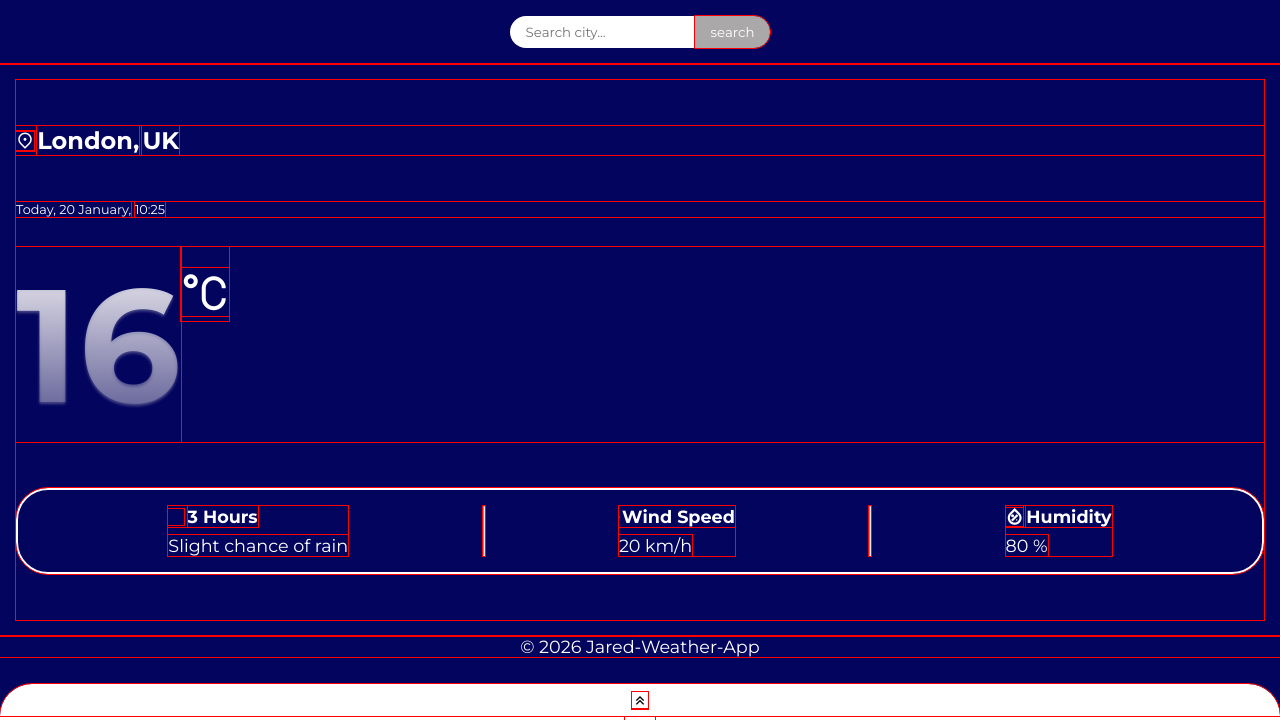
Repository: EguJaredoBoyd/Jared-Weather-App
Page: main.html
An editor plug-in stored every save of this project. The page is shown before and after the next save, followed by the edit.
The browser window is 1280 px wide. The pictures show the whole page.
Some icons come from a web library that is not loaded, so they are not drawn. Some web libraries are served in a nearby version.

Above is the page before, as saved 2026-02-09 02:03:44.

After the next save:
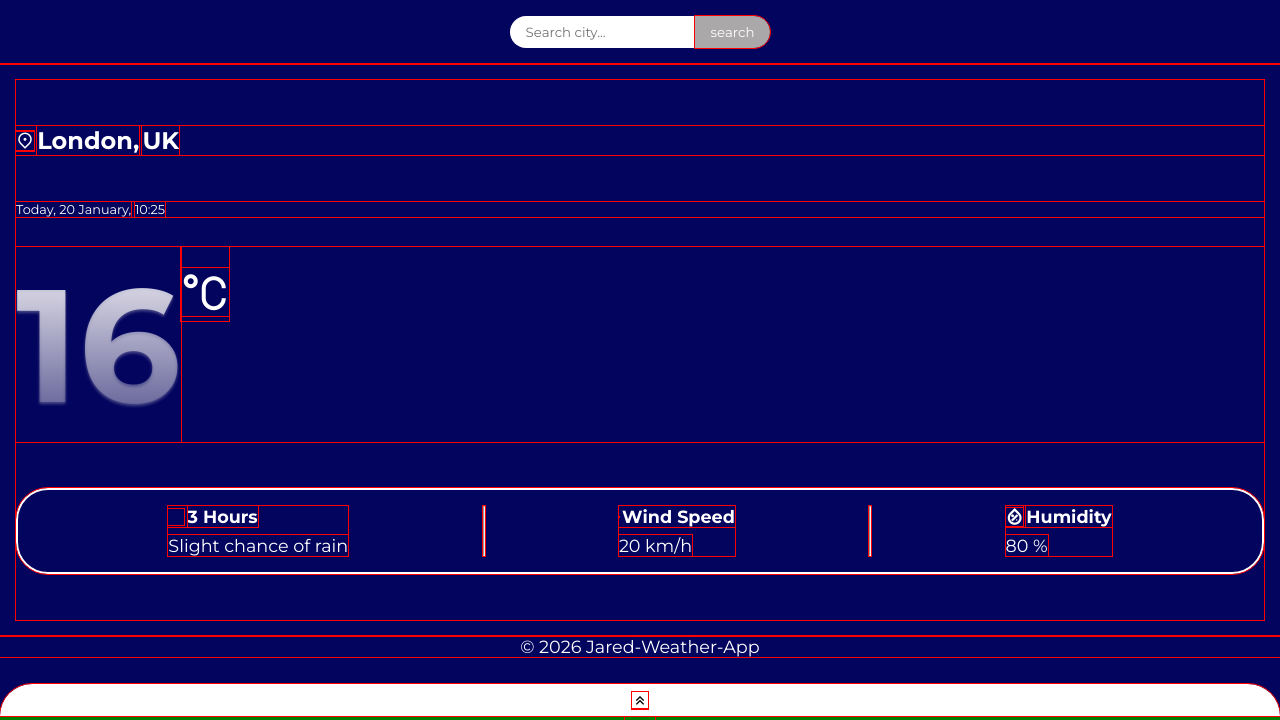
Saved 45 s later.
--- a/css/styles.css
+++ b/css/styles.css
@@ -193,6 +193,7 @@ main {
   grid-template-columns: repeat(2, 1fr);
   gap: 2rem;
   place-content: space-between;
+  background-color: green;
 }
 
 .sheet-card {
